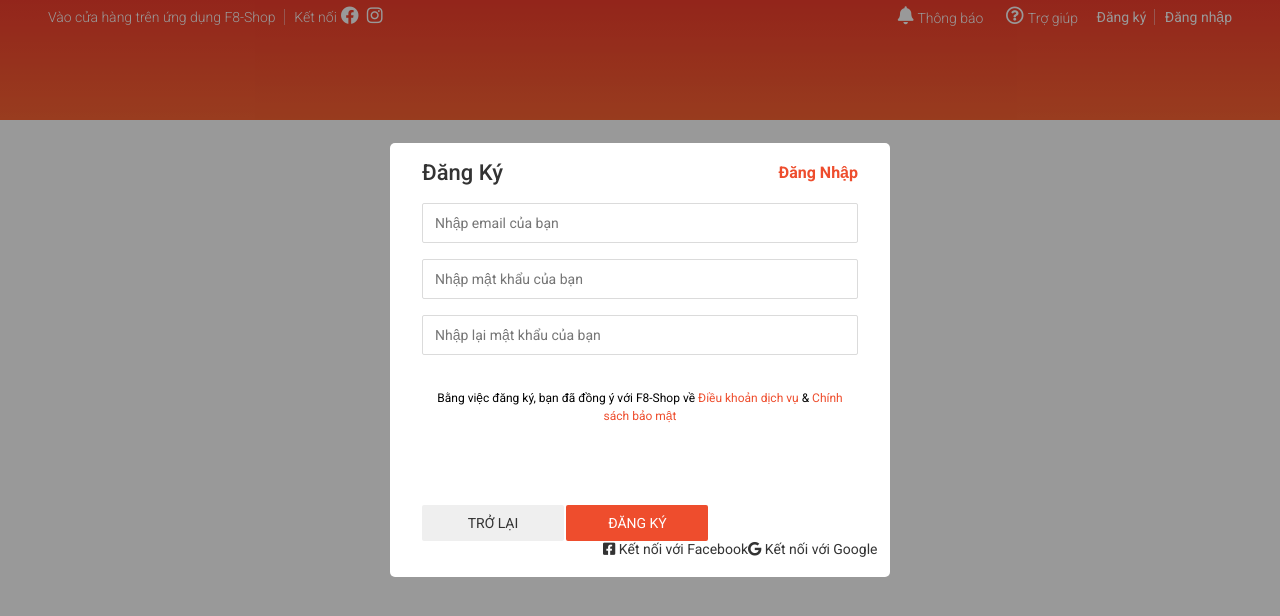
Repository: huynhnhan112/Shopee_Homepage
Page: index.html
The author's editor kept a copy of each file at every save. The page is drawn from the files as they stood at one save, then again after the next save.
The browser window is 1280 px wide. The pictures show the whole page.

Above is the page before, as saved 2021-11-19 14:42:26.

After the next save:
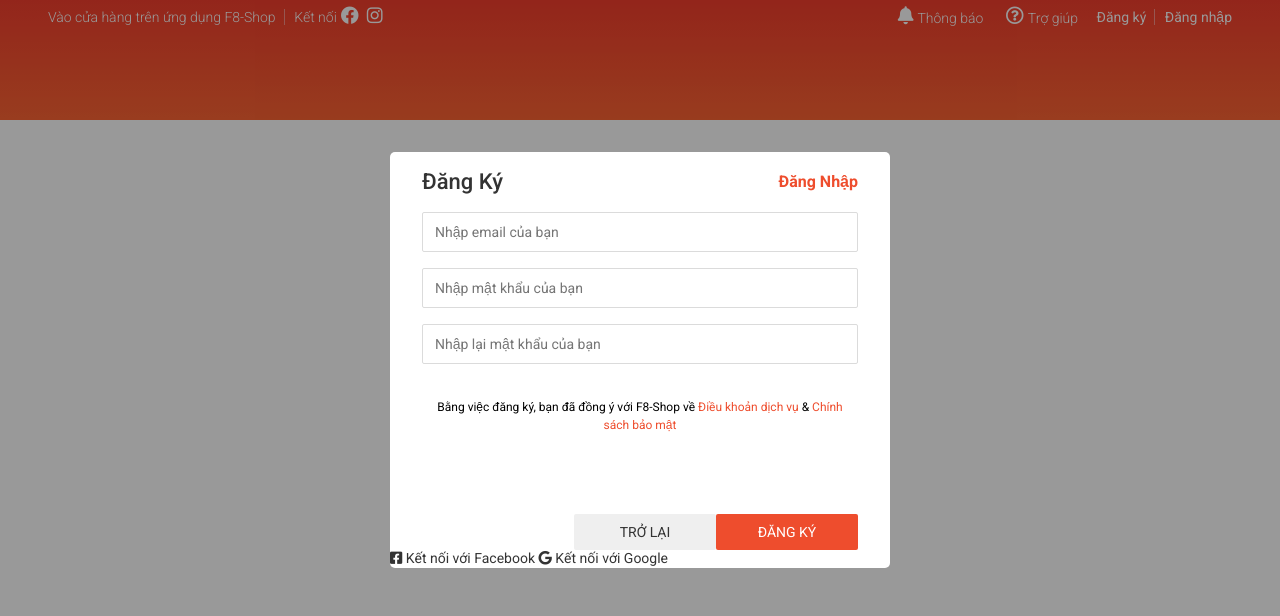
Saved 19 s later.
--- a/assets/css/style.css
+++ b/assets/css/style.css
@@ -308,9 +308,10 @@
 
 .auth-form__controls{
     margin-top: 80px;
+    display: flex;
+    justify-content: flex-end;
 }
 
 .auth-form__socials{
-    display: flex;
-    justify-content: flex-end;
-}
+
+}
